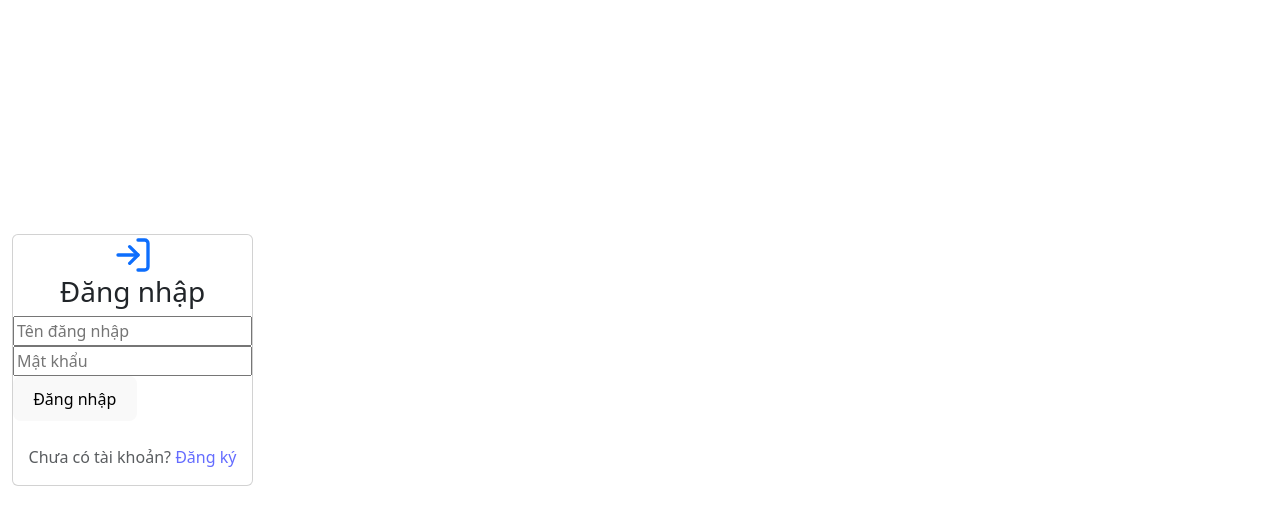
Repository: Thangvh29/WEB-tmdt
Page: /login (app in frontend/)
These files come from the project's save history. The page is drawn as it stood at one moment and after the next save; the edit follows.
The browser window is 1280 px wide. The pictures show the whole page.
The project was rebuilt for these pictures with package versions that can differ from the ones it lists, and the page was loaded fresh each time. Also part of the build but not shown: frontend/vite.config.js, frontend/src/pages/auth/Home.jsx, frontend/src/pages/auth/Register.jsx.

Above is the page before, as saved 2025-08-23 20:21:32.

### frontend/src/main.jsx
import React from "react";
import ReactDOM from "react-dom/client";
import App from "./App";
import "bootstrap/dist/css/bootstrap.min.css";
import "./index.css";
import AuthProvider from "./context/AuthProvider";
import "./index.css";

ReactDOM.createRoot(document.getElementById("root")).render(
  <React.StrictMode>
    <AuthProvider>
      <App />
    </AuthProvider>
  </React.StrictMode>
);

### frontend/src/App.jsx
import { BrowserRouter as Router, Routes, Route } from "react-router-dom";
import Home from "./pages/auth/Home";
import Login from "./pages/auth/Login";
import Register from "./pages/auth/Register";

function App() {
  return (
    <Router>
      <Routes>
        {/* Trang chủ */}
        <Route path="/" element={<Home />} />
        <Route path="/home" element={<Home />} />

        {/* Auth */}
        <Route path="/login" element={<Login />} />
        <Route path="/register" element={<Register />} />
      </Routes>
    </Router>
  );
}

export default App;

### frontend/src/context/AuthProvider.jsx
import { useState } from "react";
import AuthContext from "./AuthContext";

const AuthProvider = ({ children }) => {
  const [user, setUser] = useState(null);

  const login = (userData) => {
    setUser(userData);
    localStorage.setItem("user", JSON.stringify(userData));
  };

  const logout = () => {
    setUser(null);
    localStorage.removeItem("user");
  };

  return (
    <AuthContext.Provider value={{ user, login, logout }}>
      {children}
    </AuthContext.Provider>
  );
};

export default AuthProvider;

### frontend/src/pages/auth/Login.jsx
import React, { useState } from "react";
import { useNavigate, Link } from "react-router-dom";
import { useAuth } from "../../context/useAuth";
import { LogIn } from "lucide-react";
import { motion } from "framer-motion";

const Login = () => {
  const { login } = useAuth();
  const navigate = useNavigate();
  const [form, setForm] = useState({ username: "", password: "" });

  const handleSubmit = (e) => {
    e.preventDefault();
    login({ username: form.username, role: form.username === "admin" ? "admin" : "user" });
    navigate("/");
  };

  return (
    <div className="container">
      <motion.div
        initial={{ opacity: 0, y: 20 }}
        animate={{ opacity: 1, y: 0 }}
        transition={{ duration: 0.5 }}
        className="card"
      >
        <div className="text-center mb-6">
          <LogIn size={40} className="text-primary mx-auto" />
          <h3>Đăng nhập</h3>
        </div>
        <form onSubmit={handleSubmit}>
          <div>
            <input
              type="text"
              placeholder="Tên đăng nhập"
              value={form.username}
              onChange={(e) => setForm({ ...form, username: e.target.value })}
              required
            />
          </div>
          <div>
            <input
              type="password"
              placeholder="Mật khẩu"
              value={form.password}
              onChange={(e) => setForm({ ...form, password: e.target.value })}
              required
            />
          </div>
          <motion.button
            whileHover={{ scale: 1.05 }}
            whileTap={{ scale: 0.95 }}
            type="submit"
          >
            Đăng nhập
          </motion.button>
        </form>
        <p className="text-center mt-4 text-muted">
          Chưa có tài khoản? <Link to="/register">Đăng ký</Link>
        </p>
      </motion.div>
    </div>
  );
};

export default Login;

### frontend/src/context/useAuth.js
import { useContext } from "react";
import AuthContext from "./AuthContext";

export const useAuth = () => {
  const context = useContext(AuthContext);
  if (!context) {
    throw new Error("useAuth must be used within AuthProvider");
  }
  return context;
};

Loaded but not shown: frontend/index.html (common file); frontend/src/index.css (common file); frontend/src/context/AuthContext.jsx (common file)

After the next save:
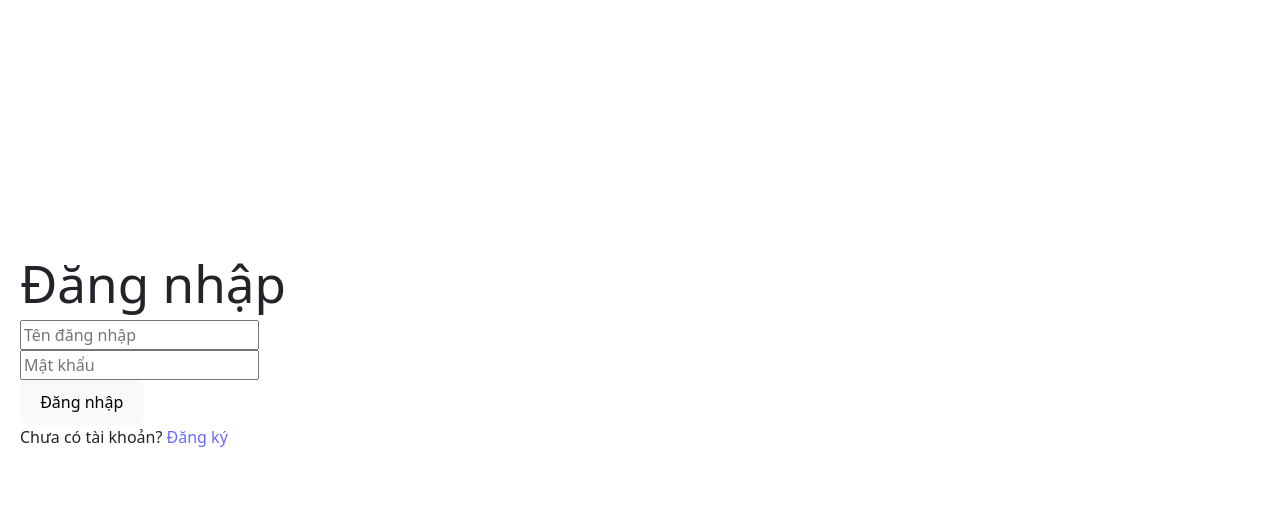
Saved 3 s later.
--- a/frontend/src/pages/auth/Login.jsx
+++ b/frontend/src/pages/auth/Login.jsx
@@ -1,8 +1,6 @@
 import React, { useState } from "react";
 import { useNavigate, Link } from "react-router-dom";
 import { useAuth } from "../../context/useAuth";
-import { LogIn } from "lucide-react";
-import { motion } from "framer-motion";
 
 const Login = () => {
   const { login } = useAuth();
@@ -11,53 +9,36 @@
 
   const handleSubmit = (e) => {
     e.preventDefault();
-    login({ username: form.username, role: form.username === "admin" ? "admin" : "user" });
-    navigate("/");
+    // giả lập login thành công
+    login({ username: form.username, role: "user" });
+    navigate("/"); // quay lại Home
   };
 
   return (
-    <div className="container">
-      <motion.div
-        initial={{ opacity: 0, y: 20 }}
-        animate={{ opacity: 1, y: 0 }}
-        transition={{ duration: 0.5 }}
-        className="card"
-      >
-        <div className="text-center mb-6">
-          <LogIn size={40} className="text-primary mx-auto" />
-          <h3>Đăng nhập</h3>
-        </div>
-        <form onSubmit={handleSubmit}>
-          <div>
-            <input
-              type="text"
-              placeholder="Tên đăng nhập"
-              value={form.username}
-              onChange={(e) => setForm({ ...form, username: e.target.value })}
-              required
-            />
-          </div>
-          <div>
-            <input
-              type="password"
-              placeholder="Mật khẩu"
-              value={form.password}
-              onChange={(e) => setForm({ ...form, password: e.target.value })}
-              required
-            />
-          </div>
-          <motion.button
-            whileHover={{ scale: 1.05 }}
-            whileTap={{ scale: 0.95 }}
-            type="submit"
-          >
-            Đăng nhập
-          </motion.button>
-        </form>
-        <p className="text-center mt-4 text-muted">
-          Chưa có tài khoản? <Link to="/register">Đăng ký</Link>
-        </p>
-      </motion.div>
+    <div style={{ padding: "20px" }}>
+      <h1>Đăng nhập</h1>
+      <form onSubmit={handleSubmit}>
+        <input
+          type="text"
+          placeholder="Tên đăng nhập"
+          value={form.username}
+          onChange={(e) => setForm({ ...form, username: e.target.value })}
+          required
+        />
+        <br />
+        <input
+          type="password"
+          placeholder="Mật khẩu"
+          value={form.password}
+          onChange={(e) => setForm({ ...form, password: e.target.value })}
+          required
+        />
+        <br />
+        <button type="submit">Đăng nhập</button>
+      </form>
+      <p>
+        Chưa có tài khoản? <Link to="/register">Đăng ký</Link>
+      </p>
     </div>
   );
 };
